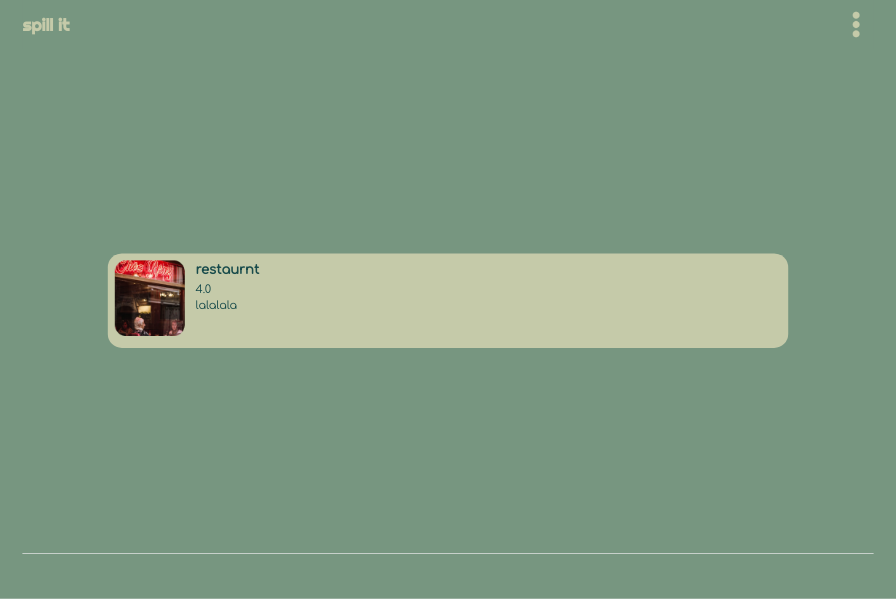
Repository: shaelorch/spillit
Page: /findASpot
The author's editor kept a copy of each file at every save. The page is drawn from the files as they stood at one save, then again after the next save.
The browser window is 1280 px wide. The pictures show the part of the page from y = 0 to 1920 px (the page is 855 px tall before and 270803 px after), at 70% of full size.
The project was rebuilt for these pictures with package versions that can differ from the ones it lists, and the page was loaded fresh each time. The framework's server and built-in components were replaced by stand-ins that run in the browser. Also part of the build but not shown: next.config.js, components/HeroCont.js, components/Button.js, components/SubButton.js, components/Header.js, components/popMenu.js.

Above is the page before, as saved 2023-02-10 14:41:02.

After the next save:
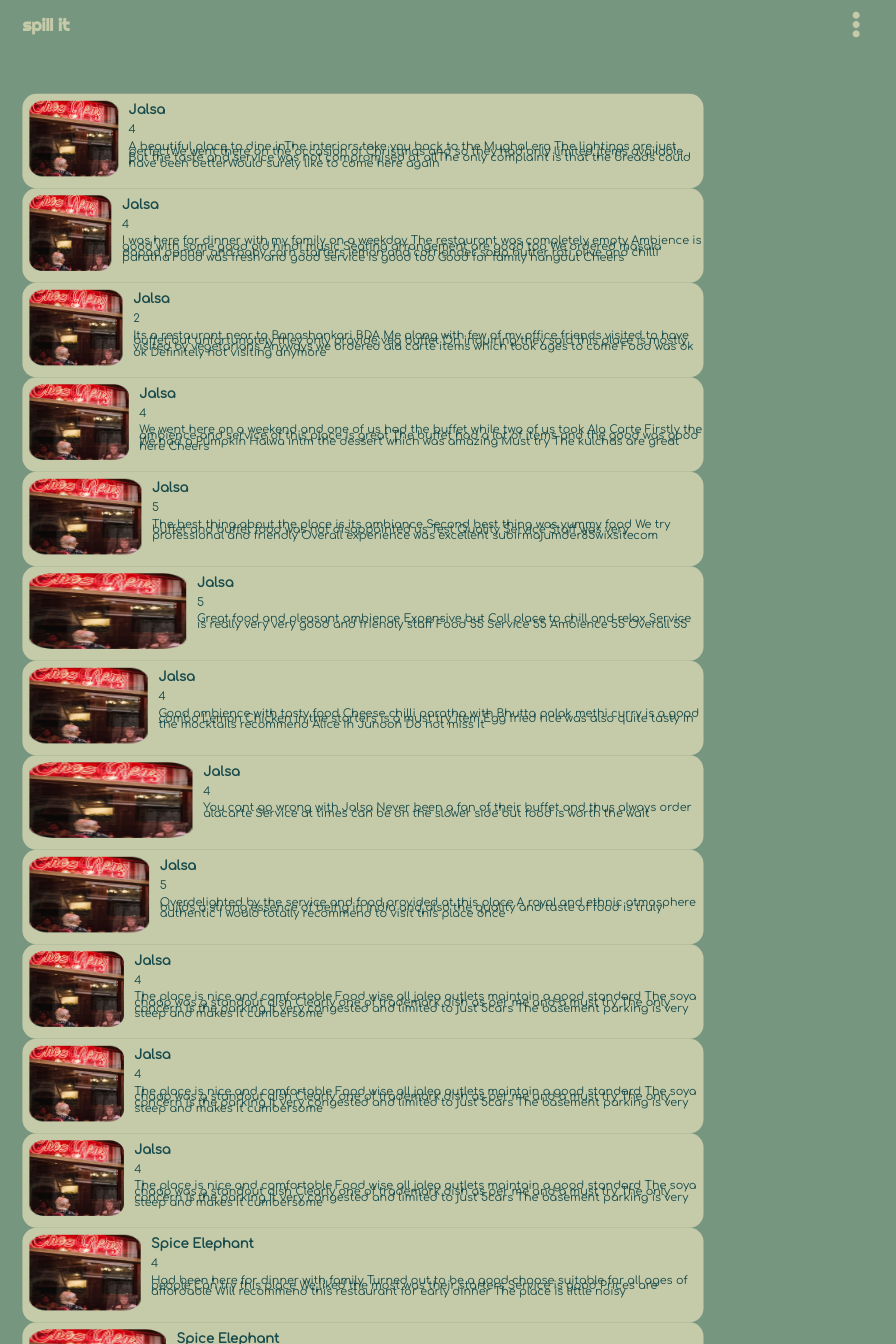
Saved 70 s later.
--- a/pages/findASpot.js
+++ b/pages/findASpot.js
@@ -7,7 +7,7 @@
 import RevCard from '../components/reviewCard'
 import Header from '../components/Header'
 import TopBar from '../components/topBAr'
-import Reviews from '../data/reviews.json'
+import reviews from '../data/reviews.json'
 
 
 export default function Home() {
@@ -23,8 +23,22 @@
      <TopBar/>
 
       <main className={styles.main}>
+       <div>
+        {
+          reviews.map( (rev, index) => {
+            return (
+              <RevCard
+              name={rev.name}
+              rating={rev.rating}
+              review={rev.review}></RevCard>
+            )
+          })
 
-       <RevCard/>
+        }
+       </div>
+
+
+
       </main>
 
       <footer className={styles.footer}>
